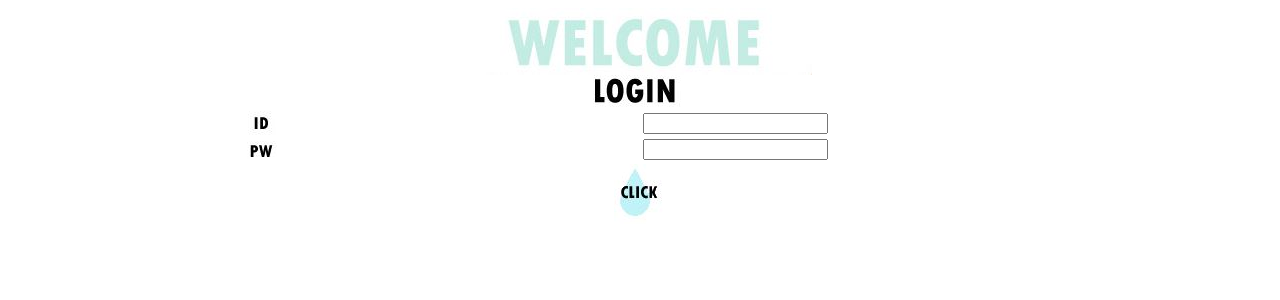
Repository: kminjoo/Making-website-using-JSP
Page: http://localhost/website_project/SessionMemberLogin.jsp
An editor plug-in stored every save of this project. The page is shown before and after the next save, followed by the edit.
The browser window is 1280 px wide. The pictures show the whole page.
The page is served by Tomcat 9.

Above is the page before, as saved 2015-07-21 12:18:53.

After the next save:
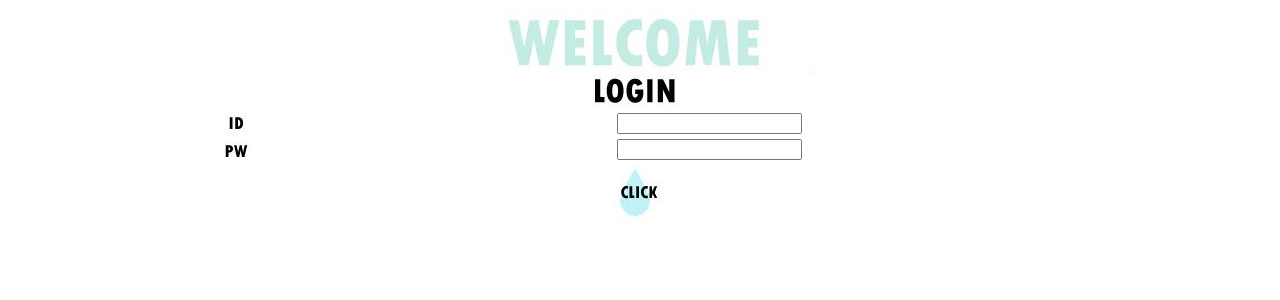
Saved 7 s later.
--- a/website_project/WebContent/SessionMemberLogin.jsp
+++ b/website_project/WebContent/SessionMemberLogin.jsp
@@ -32,8 +32,8 @@
 	<td><div align="center"><input type="text" name="memberid"></div></td>
 </tr>
 <tr>
-	<td width="10%"><div align="center"><img src = "<%= request.getContextPath() %>/images/pw.JPG"/></div></td>
-	<td width="40%"><div align="center"><input type="text" name="memberpw"></div></td>
+	<td><div align="center"><img src = "<%= request.getContextPath() %>/images/pw.JPG"/></div></td>
+	<td><div align="center"><input type="text" name="memberpw"></div></td>
 </tr>
 <tr>
 	<td colspan="2"><div align="center">
